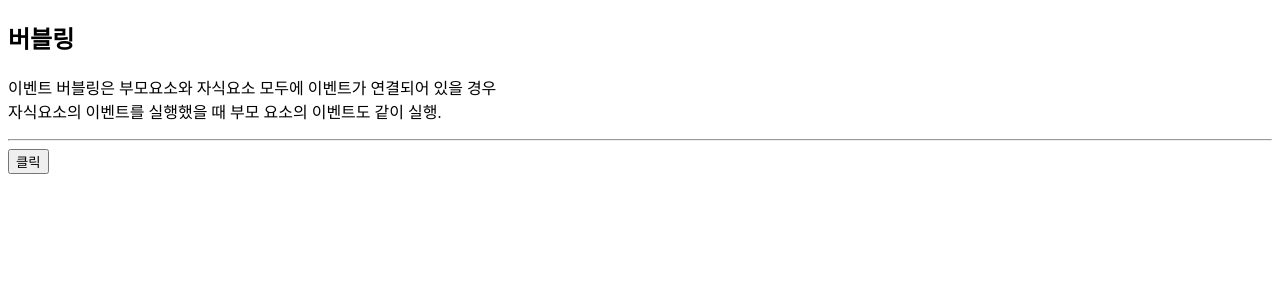
Repository: kimjoohye/study_WEB
Page: workspace/studyhtml5/WebContent/js/j08/h02.html
These files come from the project's save history. The page is drawn as it stood at one moment and after the next save; the edit follows.
The browser window is 1280 px wide. The pictures show the whole page.

Above is the page before, as saved 2022-05-06 00:31:48.

After the next save:
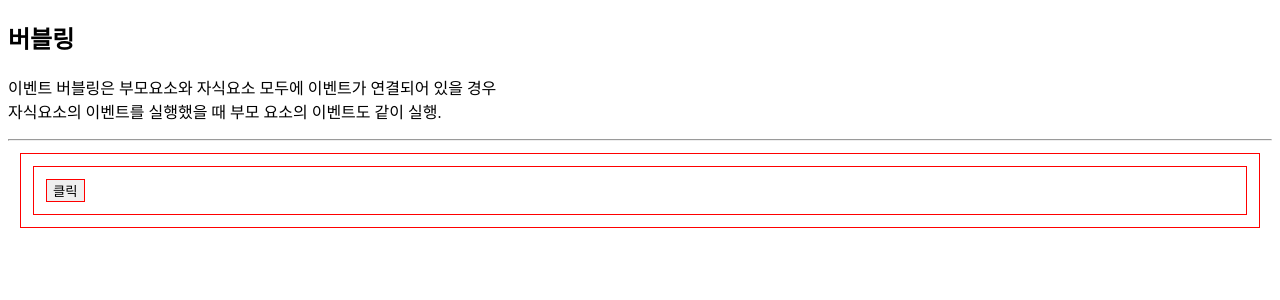
Saved 42 s later.
--- a/workspace/studyhtml5/WebContent/js/j08/h02.html
+++ b/workspace/studyhtml5/WebContent/js/j08/h02.html
@@ -5,7 +5,10 @@
 <meta charset="UTF-8">
 <!--스타일 시트 -->
 <style type="text/css">
-
+  form,div,input {
+    margin : 12px;
+    border : 1px solid red;
+  }
 </style>
 
 <title>Insert title here</title>
